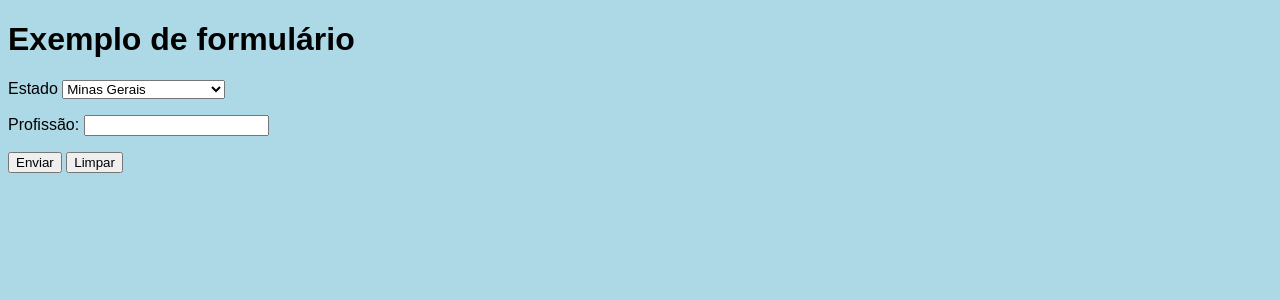
Repository: Codigo404q/html-css
Page: exercicios/ex025/form007.html
These files come from the project's save history. The page is drawn as it stood at one moment and after the next save; the edit follows.
The browser window is 1280 px wide. The pictures show the whole page.

Above is the page before, as saved 2024-01-30 22:36:30.

After the next save:
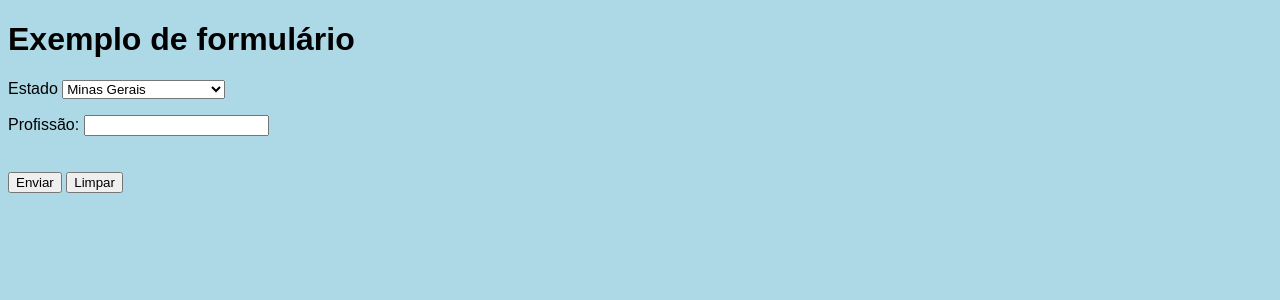
Saved 9 s later.
--- a/exercicios/ex025/form007.html
+++ b/exercicios/ex025/form007.html
@@ -35,7 +35,7 @@
         <p>
             <label for="iprof">Profissão: </label>
             <input type="text" name="prof" id="iprof">
-
+            <option value=""></option>
         </p>
         <p>
             <input type="submit" value="Enviar">
